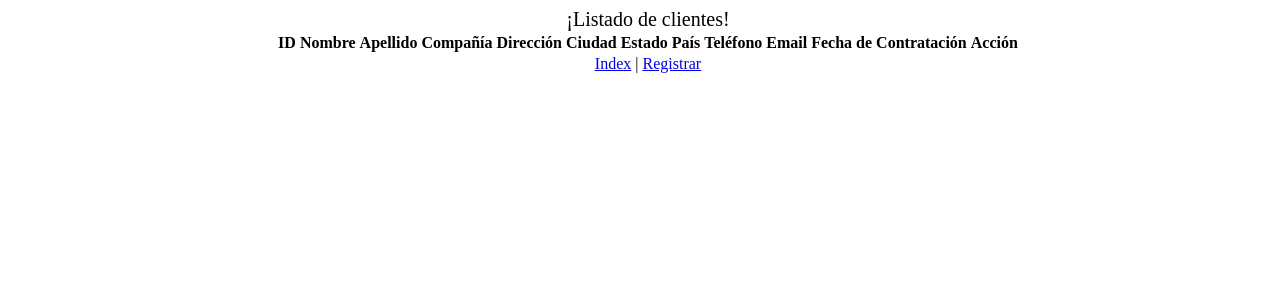
Repository: ANGELEDU141/EXAMEN-PROFE-RAUL
Page: http://localhost/demo/WEB-INF/views/Customer/listar.jsp
An editor plug-in stored every save of this project. The page is shown before and after the next save, followed by the edit.
The browser window is 1280 px wide. The page is 1288 px wide, then 1280 px, so the pictures cover 1288 px, including what lies to the right of the window. The pictures show the whole page.
The page is served by Tomcat 9. Nobody is signed in. Other server files are loaded and not shown. The template is opened directly, without the code that normally fills it, so the values that code supplies are empty.

Above is the page before, as saved 2024-09-26 02:26:09.

### demo/src/main/webapp/WEB-INF/views/Customer/listar.jsp
<%@ page language="java" contentType="text/html; charset=ISO-8859-1"
    pageEncoding="ISO-8859-1"%>

<!-- JSTL core -->
<%@taglib prefix="c" uri="http://java.sun.com/jsp/jstl/core"%>

<!DOCTYPE html>
<html>
<head>
<meta charset="ISO-8859-1">
<title>Listar Clientes</title>
</head>
<body>
    <div style="width: 100vw;">
        <table style="margin: 0px auto;">
            <caption style="font-size: 20px;">¡Listado de clientes!</caption>
            <tr>
                <th><b>ID</b></th>
                <th><b>Nombre</b></th>
                <th><b>Apellido</b></th>
                <th><b>Compañía</b></th>
                <th><b>Dirección</b></th>
                <th><b>Ciudad</b></th>
                <th><b>Estado</b></th>
                <th><b>País</b></th>
                <th><b>Teléfono</b></th>
                <th><b>Email</b></th>
                <th><b>Fecha de Contratación</b></th>
                <th><b>Acción</b></th>
            </tr>

            <c:forEach var="customer" items="${bCustomers}">
                <tr>
                    <td>${customer.customerId}</td>
                    <td>${customer.firstName}</td>
                    <td>${customer.lastName}</td>
                    <td>${customer.company}</td>
                    <td>${customer.address}</td>
                    <td>${customer.city}</td>
                    <td>${customer.state}</td>
                    <td>${customer.country}</td>
                    <td>${customer.phone}</td>
                    <td>${customer.email}</td>
                    <td>${customer.hireDate}</td>
                    <td>
                        <a href="/senati/customer/editar/${customer.customerId}">Editar</a>
                        <a href="/senati/customer/borrar/${customer.customerId}">Borrar</a>
                        <a href="/senati/customer/detalle/${customer.customerId}">Detalles</a>
                    </td>
                </tr>
            </c:forEach>
        </table>

        <div style="text-align: center;">
            <a href="/senati/index">Index</a> |
            <a href="/senati/customer/registrar">Registrar</a>
        </div>
    </div>
</body>
</html>

After the next save:
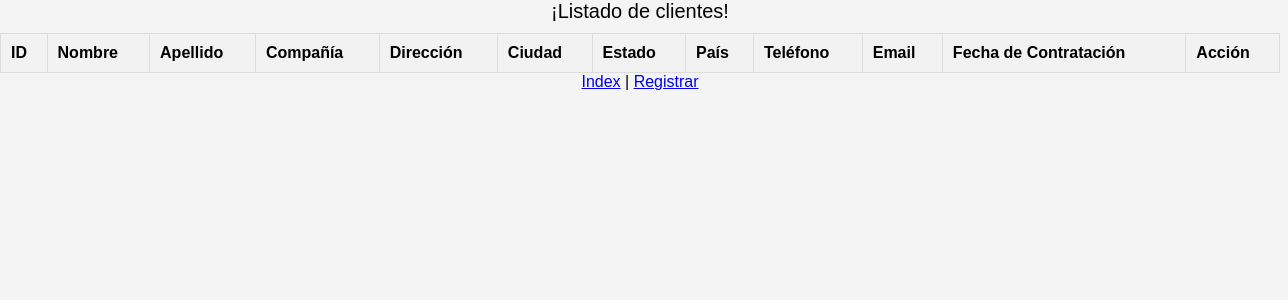
Saved 13 min 5 s later.
--- a/demo/src/main/webapp/WEB-INF/views/Customer/listar.jsp
+++ b/demo/src/main/webapp/WEB-INF/views/Customer/listar.jsp
@@ -9,6 +9,51 @@
 <head>
 <meta charset="ISO-8859-1">
 <title>Listar Clientes</title>
+<style>
+    body {
+        font-family: Arial, sans-serif;
+        background-color: #f4f4f4;
+        margin: 0;
+        padding: 0;
+    }
+    .container {
+        width: 80%;
+        margin: 0 auto;
+        padding: 20px;
+        background-color: #fff;
+        box-shadow: 0 0 10px rgba(0, 0, 0, 0.1);
+    }
+    table {
+        width: 100%;
+        border-collapse: collapse;
+        margin-bottom: 20px;
+    }
+    table, th, td {
+        border: 1px solid #ddd;
+    }
+    th, td {
+        padding: 10px;
+        text-align: left;
+    }
+    th {
+        background-color: #f2f2f2;
+    }
+    caption {
+        font-size: 24px;
+        margin-bottom: 10px;
+    }
+    .actions {
+        text-align: center;
+    }
+    .actions a {
+        margin: 0 10px;
+        text-decoration: none;
+        color: #007BFF;
+    }
+    .actions a:hover {
+        text-decoration: underline;
+    }
+</style>
 </head>
 <body>
     <div style="width: 100vw;">
